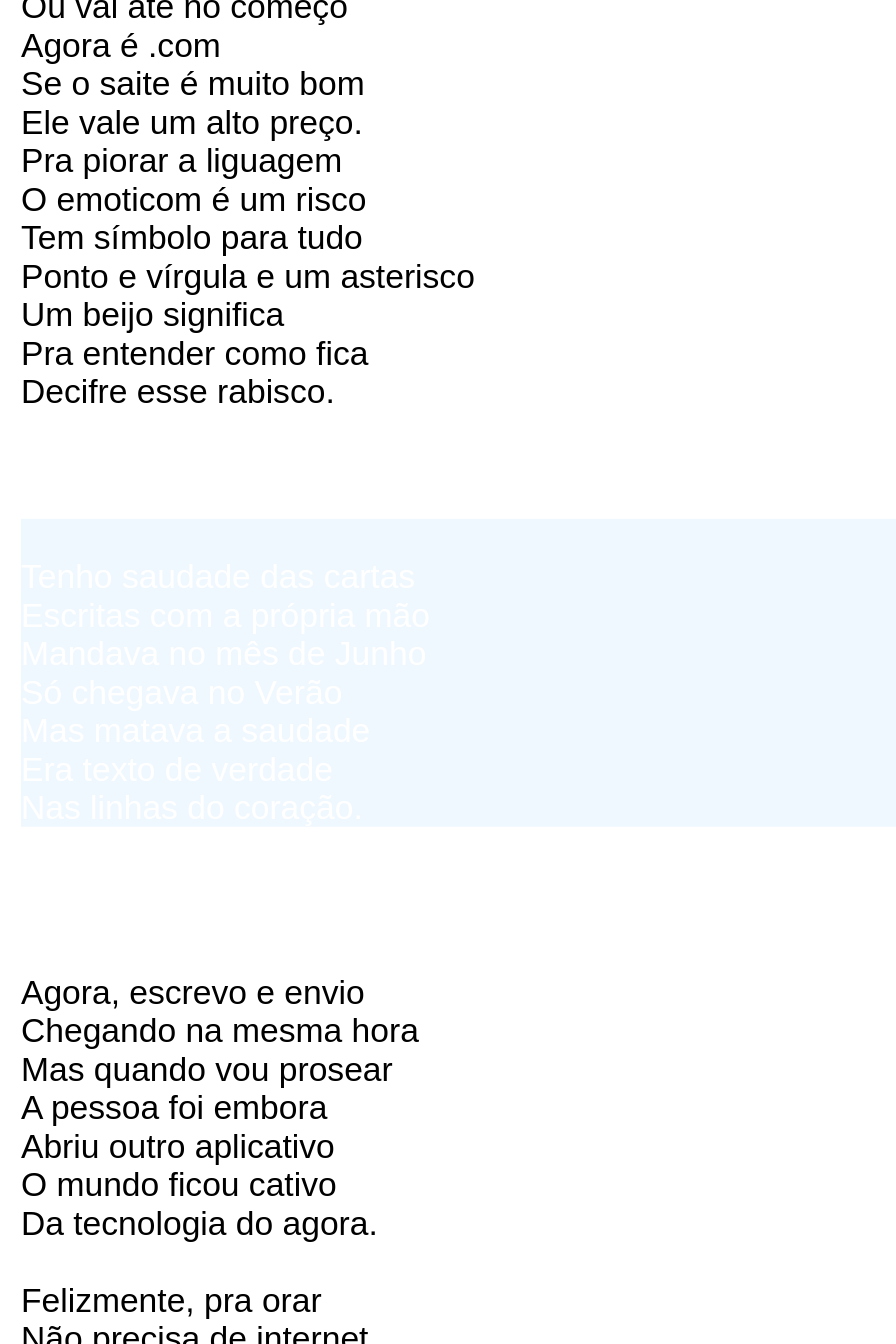
Repository: jorgprado/curso-html-css-Guanabara
Page: exec-pag-cordel/index.html
The author's editor kept a copy of each file at every save. The page is drawn from the files as they stood at one save, then again after the next save.
The browser window is 1280 px wide. The pictures show the part of the page from y = 1673 to 3593 px (the page is 4006 px tall), at 70% of full size.
Some web fonts or font styles are not loaded; a fallback is used.

Above is the page before, as saved 2023-05-18 15:59:09.

### exec-pag-cordel/index.html
<!DOCTYPE html>
<html lang="pt-br">
<head>
    <meta charset="UTF-8">
    <meta http-equiv="X-UA-Compatible" content="IE=edge">
    <meta name="viewport" content="width=device-width, initial-scale=1.0">
    <link rel="stylesheet" href="estilos/style.css">
    <title>Cordel Moderno</title>
</head>
<body>
    <header>
        <h1>Cordel Moderno</h1>
        <p>Por <a href="https://www.recantodasletras.com.br/poesias/3186743" target="_blank">Milton Duarte</a></p>
    </header>
    <main>
        <article>

            <div class="box">
                <p>
                    Estou ficando cansado
                    Da tal tecnologia
                    Só se fala por e-mail
                    Mensagem curta e fria
                    Twitter e Facebook
                    Antes que eu caduque
                    Vou dizer tudo em poesia.
                </p>
            </div>

            <div class="box box-img">
                <p>
                    Não é mais como era antes
                    É tudo abreviado
                    "Você" só tem duas letras
                    O "O" e o "E" foi riscado
                    Para declarar o amor
                    Basta botar uma flor
                    E um coração desenhado.
                </p>
            </div>

            <div class="box">
                <p>
                    Arroba agora não pesa
                    É parte de um endereço
                    Ponto final nem se usa
                    Ou vai até no começo
                    Agora é .com
                    Se o saite é muito bom
                    Ele vale um alto preço.
                    Pra piorar a liguagem
                    O emoticom é um risco
                    Tem símbolo para tudo
                    Ponto e vírgula e um asterisco
                    Um beijo significa
                    Pra entender como fica
                    Decifre esse rabisco.
                </p>
            </div>

            <div class="box box-img1">
                <div class="bg">
                    <p>
                        Tenho saudade das cartas
                        Escritas com a própria mão
                        Mandava no mês de Junho
                        Só chegava no Verão
                        Mas matava a saudade
                        Era texto de verdade
                        Nas linhas do coração.
                    </p>
                </div>
            </div>

            <div class="box">
                <p>
                    Agora, escrevo e envio
                    Chegando na mesma hora
                    Mas quando vou prosear
                    A pessoa foi embora
                    Abriu outro aplicativo
                    O mundo ficou cativo
                    Da tecnologia do agora.

                    Felizmente, pra orar
                    Não precisa de internet
                    Deus escuta todo mundo
                    Se quiser, faça esse teste
                    Dois pontos são dois joelhos
                    Seus lábios são aparelhos
                    Deixe que Deus interprete.
                </p>
            </div>
        </article>
    </main>

</body>
</html>

### exec-pag-cordel/estilos/style.css
@import url('https://fonts.googleapis.com/css2?family=Passion+One:wght@700&family=Sriracha&display=swap');

*{
    padding: 0;
    margin: 0;
    font-size: 1em;
}

a{
    text-decoration: none;
    color: white;
    font-weight: bolder;
}



header{
    color: white;
    background-color: black;
    text-align: center;

}

header h1{
    padding-top: 50px;
    color: white;
    font-family: 'Passion One', sans-serif;
    font-variant: small-caps;
    font-size: 10vw;
}


header p{
    color:white;
    font-family: sans-serif;
    padding-bottom: 50px;
}


main article .box{
    white-space: pre-line;
    padding-left: 30px;
    padding-bottom:100px;

}

main article .box p{
    font-family: 'Sriracha', sans-serif;
    font-size: 3em;
}

main article .box-img{
    background-image: url(../imagens/background001.jpg);
    background-position: fixed;

}

.bg p{
    color:white;
    background-color: aliceblue;
    z-index: 10;
}

After the next save:
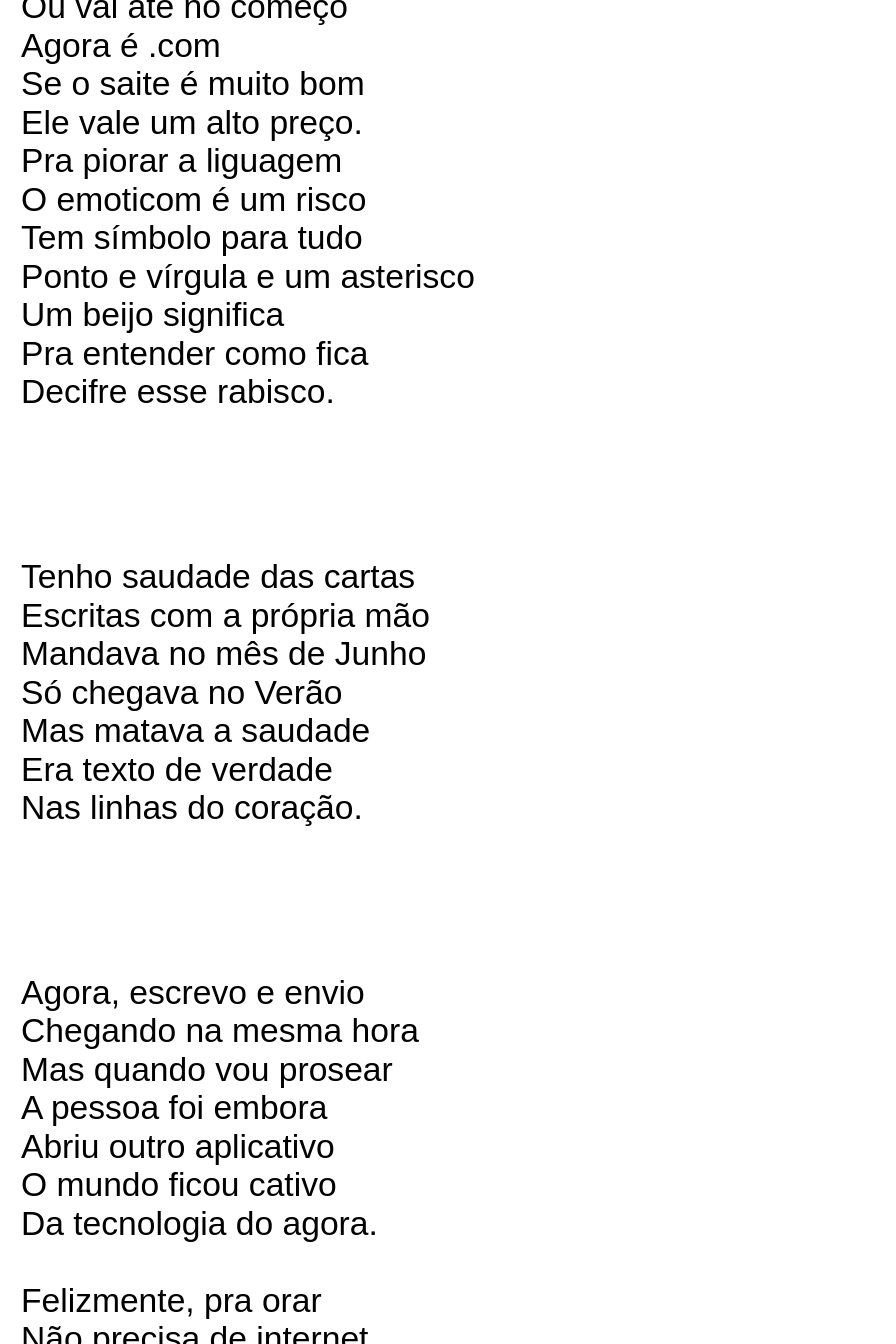
Saved 21 s later.
--- a/exec-pag-cordel/estilos/style.css
+++ b/exec-pag-cordel/estilos/style.css
@@ -54,9 +54,3 @@ main article .box-img{
     background-position: fixed;
 
 }
-
-.bg p{
-    color:white;
-    background-color: aliceblue;
-    z-index: 10;
-}
